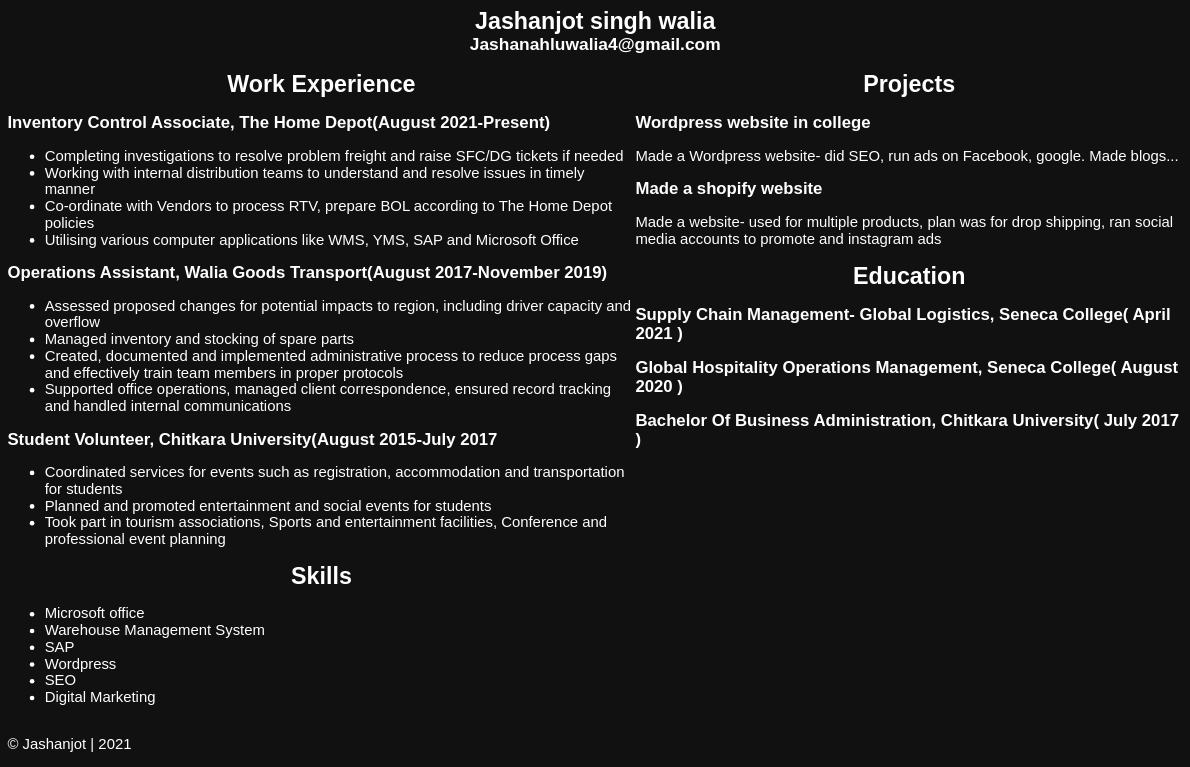
Repository: jashn13/portfolio
Page: index.html
An editor plug-in stored every save of this project. The page is shown before and after the next save, followed by the edit.
The browser window is 1280 px wide. The pictures show the whole page, at 93% of full size.

Above is the page before, as saved 2021-11-13 08:31:53.

After the next save:
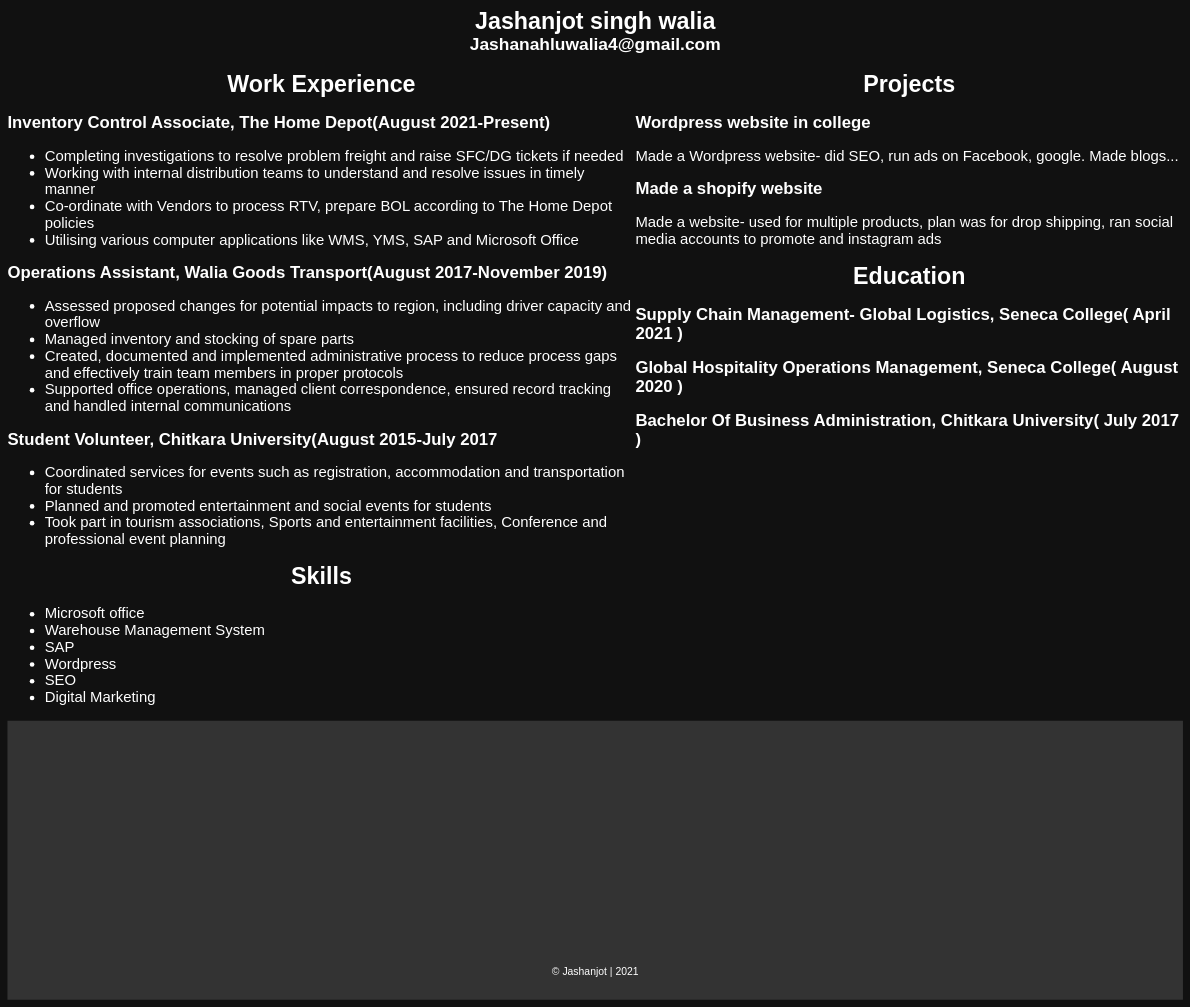
Saved 13 s later.
--- a/index.html
+++ b/index.html
@@ -27,6 +27,22 @@
         left: 50%;
         transform: translate(-50%, -50%);
         text-align: center;
+      }
+      footer {
+        position: relative;
+        height: 300px;
+        width: 100%;
+        background-color: #333333;
+      }
+
+      p.copyright {
+        position: absolute;
+        width: 100%;
+        color: #fff;
+        line-height: 40px;
+        font-size: 0.7em;
+        text-align: center;
+        bottom: 0;
       }
     </style>
   </head>
